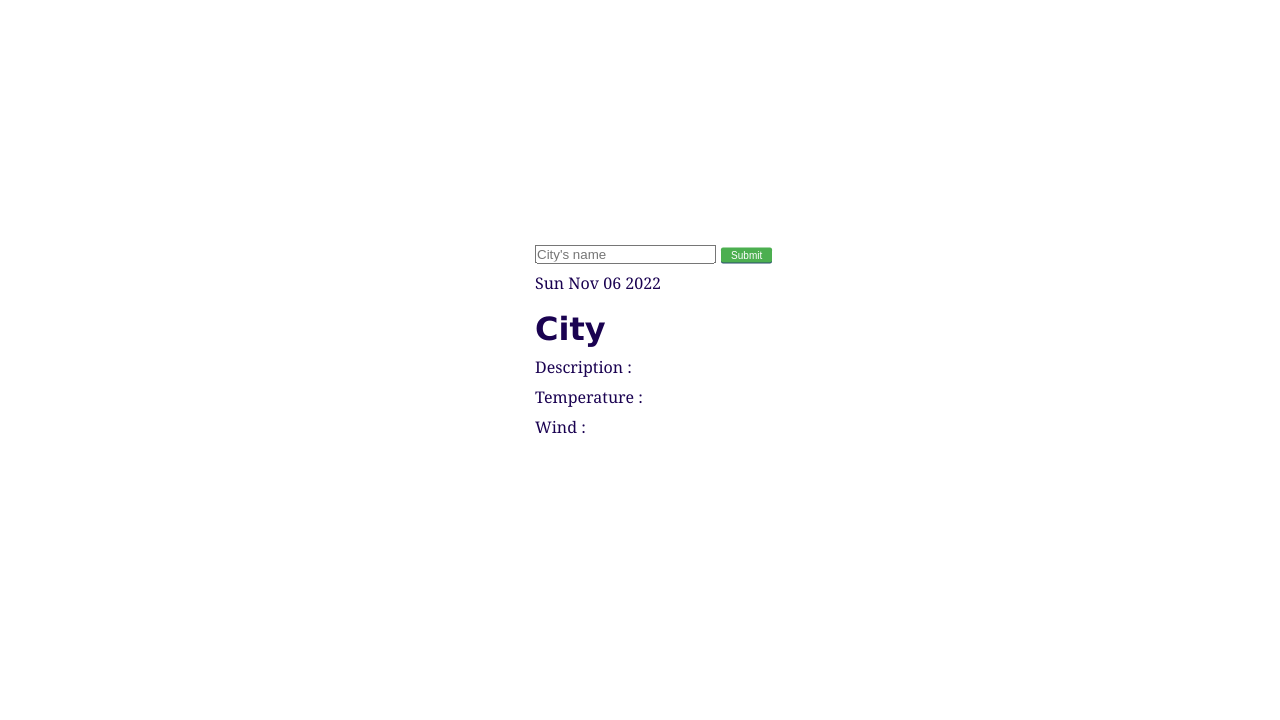
Repository: heartbreathing/searchWeather
Page: index.html
These files come from the project's save history. The page is drawn as it stood at one moment and after the next save; the edit follows.
The browser window is 1280 px wide. The pictures show the whole page.

Above is the page before, as saved 2022-11-06 23:32:02.

After the next save:
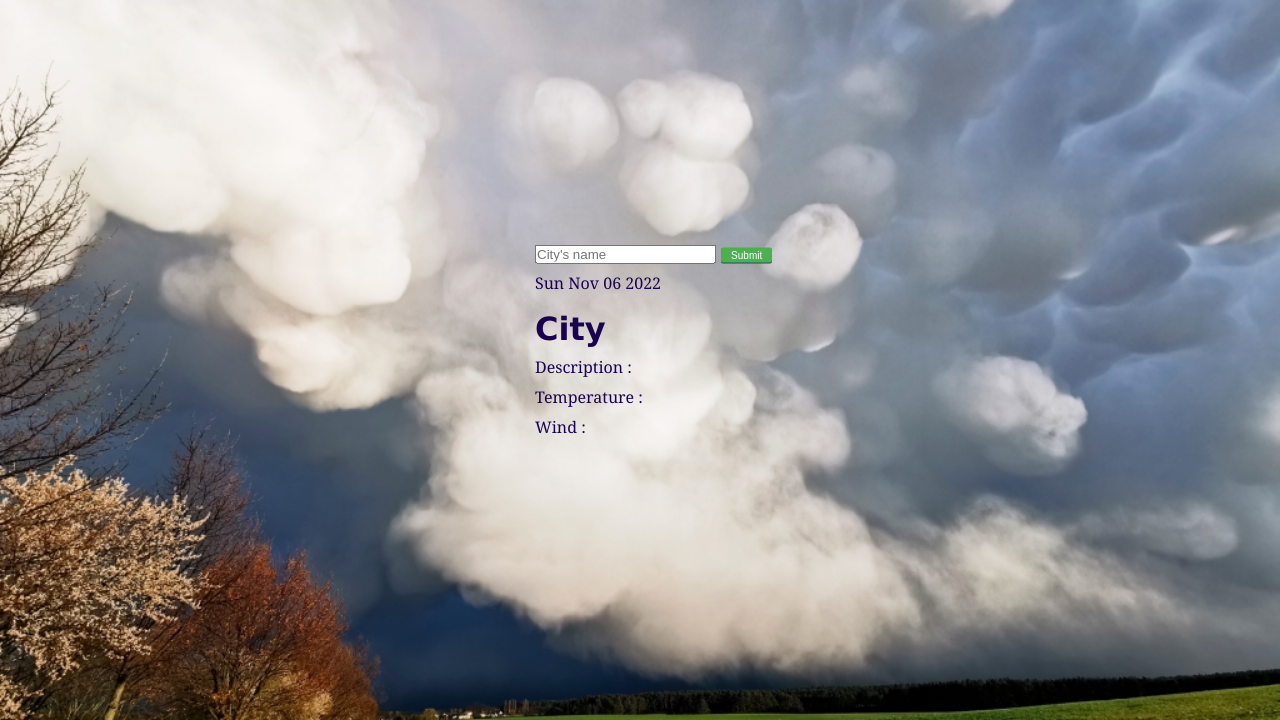
Saved 31 s later.
--- a/index.css
+++ b/index.css
@@ -5,7 +5,7 @@
 }
 body {
     background-image: url(./image/background_image.jpg);
-    background-size:100% 100%;
+    background-size:100%;
     font-family: 'Lucida Sans', 'Lucida Sans Regular', 'Lucida Grande', 'Lucida Sans Unicode', Geneva, Verdana, sans-serif ;
     color: rgb(26, 2, 81);
 }

After the 4 saves that followed:
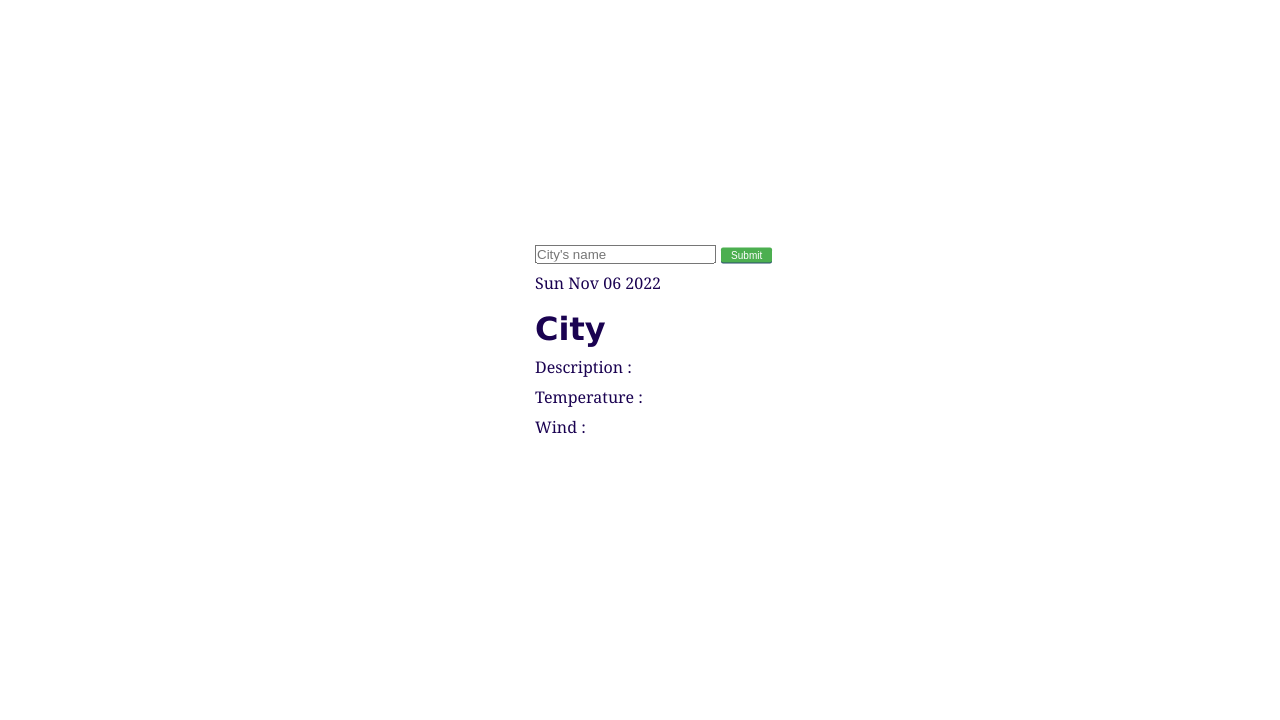
The 4 saves are shown as one change because 1 left the picture as it was and some came seconds apart.
The last was saved 22 s later.
--- a/index.css
+++ b/index.css
@@ -5,7 +5,7 @@
 }
 body {
     background-image: url(./image/background_image.jpg);
-    background-size:100%;
+    background-size:100% 80%;
     font-family: 'Lucida Sans', 'Lucida Sans Regular', 'Lucida Grande', 'Lucida Sans Unicode', Geneva, Verdana, sans-serif ;
     color: rgb(26, 2, 81);
 }
